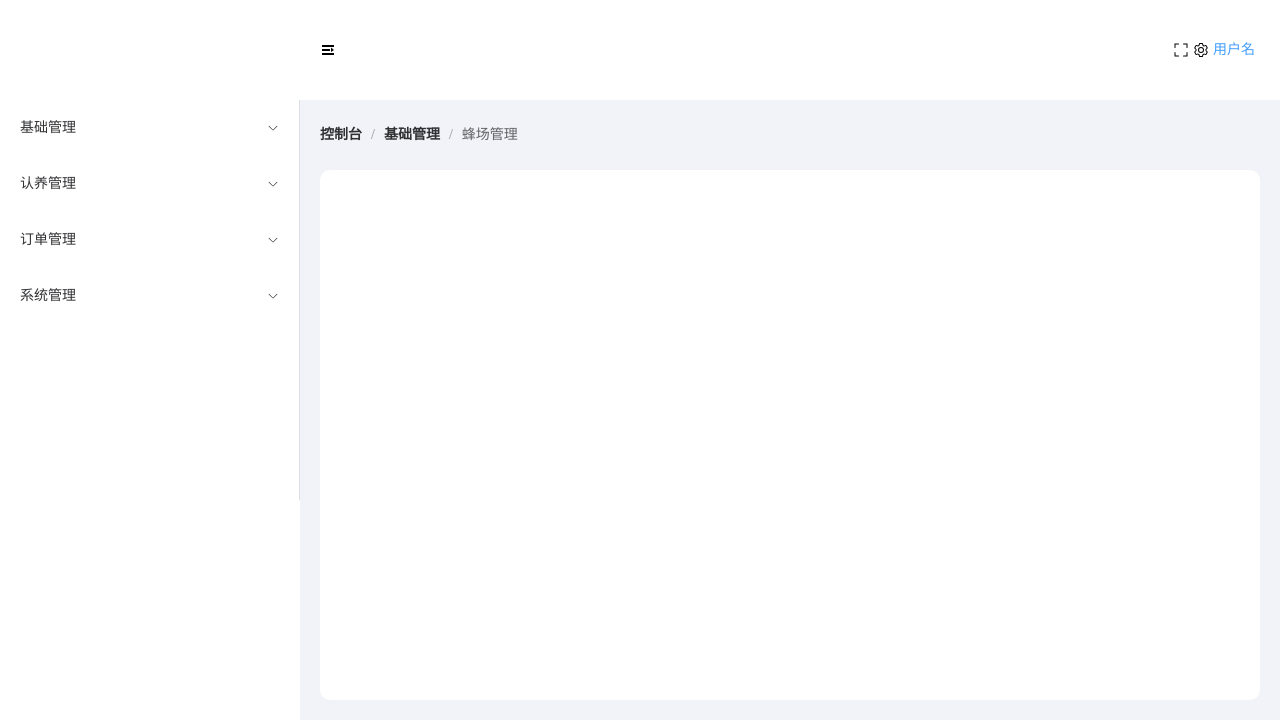
Repository: secret47/test-office-demo
Page: /dashboard
The author's editor kept a copy of each file at every save. The page is drawn from the files as they stood at one save, then again after the next save.
The browser window is 1280 px wide. The pictures show the whole page.
The project was rebuilt for these pictures with package versions that can differ from the ones it lists, and the page was loaded fresh each time. Also part of the build but not shown: vite.config.js.

Above is the page before, as saved 2024-10-31 10:37:04.

### src/main.js
import { createApp } from 'vue'
import '@/style/main.scss'
import App from './App.vue'
import router from './router'

import lang from "./local"


import ElementPlus from "element-plus";
import 'element-plus/dist/index.css'
import * as ElementPlusIconsVue from '@element-plus/icons-vue'

const app = createApp(App);

for (const [key, component] of Object.entries(ElementPlusIconsVue)) {
    app.component(key, component)
}

app.use(lang)
app.use(ElementPlus)
app.use(router)
app.mount('#app')

### src/style/main.scss
* {
    padding: 0;
    margin: 0;
}

html,
body {
    width: 100%;
    height: 100%;
    background: #ffffff;
}

#app {
    width: 100%;
    height: 100%;
}

.main-container {
    width: 100%;
    height: 100%;
}

//顶部搜索
.searchBox {
    width: calc(95% - 30px);
    height: 70px;
    margin: 0 auto;
    padding: 15px;
    display: flex;
    flex-direction: column;
    justify-content: center;

    .new {
        width: 130px;
    }
    .item{
        width:350px;
    }
}

.list {
    width: 95%;
    height: calc(100% - 100px);
    margin: 0 auto;

    .tables {
        width: 100%;
        height: calc(100% - 50px);
    }

    .pages {
        width: 100%;
        height: 50px;
        display: flex;
        flex-direction: column;
        justify-content: center;

    }
}

### src/App.vue
<template>
  <!-- <div> -->
    <router-view />
  <!-- </div> -->
</template>

### src/router/index.js
import { createRouter, createWebHistory } from 'vue-router'
import layouts from "../layouts/index.vue"

const routes = [
    {
        path: '/login',
        name: 'Login',
        component: () => import('@/views/login.vue'),
    },
    // 其他路由...
    {
        path: "/dashboard",
        name: "Dashboard",
        component: layouts,
        meta: {
            title: "控制中心"
        },
        children: [
            {
                path: "basic",
                name: "Basic",
                meta: {
                    title: "基础管理"
                },
                component: () => import("@/views/dashboard/basic/index.vue"),
                children: [
                    {
                        path: "farm",
                        name: "farm",
                        meta: {
                            title: "蜂场管理"
                        },
                        component: () => import("@/views/dashboard/basic/farm/index.vue"),
                    }
                ]

            },
            {
                path: "adopt",
                name: "Adopt",
                meta: {
                    title: "认养管理"
                },
                component: () => import("@/views/dashboard/adopt/index.vue"),
                children: [
                    {
                        path: "price",
                        name: "Price",
                        meta: {
                            title: "价格管理"
                        },
                        component: () => import("@/views/dashboard/adopt/price/index.vue"),
                    }
                ]
            },
            {
                path:"order",
                name: "Order",
                meta:{
                    title: "订单管理"
                },
                component: () => import("@/views/dashboard/order/index.vue"),
                children:[
                    {
                        path: "list",
                        name: "OrderList",
                        meta: {
                            title: "订单列表"
                        },
                        component: () => import("@/views/dashboard/order/list/index.vue"),
                    }
                ]
            },
            {
                path: "user",
                name: "User",
                meta: {
                    title: "用户管理"
                },
                component: () => import("@/views/dashboard/user/index.vue"),
            },

        ]
    }
]

const router = createRouter({
    history: createWebHistory(),
    routes
})

export default router

### src/local/index.js
import { createI18n } from "vue-i18n";

import message from "./language"
const i18n = createI18n({
    locale: "zh",
    fallbackLocale: "zh",
    messages: message
})

export default i18n;

### src/layouts/index.vue
<template>
    <div class="layout">
        <el-container>
            <el-aside width="300px" class="side">
                <div class="logo"></div>
                <MenuComponent ref="menuRef"/>
            </el-aside>
            <el-container class="container">
                <el-header>
                    <HeaderComponent></HeaderComponent>
                </el-header>
                <el-main>
                    <div class="bread">
                        <el-breadcrumb separator="/">
                            <el-breadcrumb-item :to="{ path: '/' }">控制台</el-breadcrumb-item>
                            <el-breadcrumb-item><a href="/">基础管理</a></el-breadcrumb-item>
                            <el-breadcrumb-item>蜂场管理</el-breadcrumb-item>
                        </el-breadcrumb>
                    </div>
                    <div class="main">
                        <router-view></router-view>
                    </div>
                </el-main>
            </el-container>
        </el-container>
    </div>
</template>

<script setup>
import MenuComponent from "./components/menu.vue"
import HeaderComponent from "./components/header.vue"
import { ref } from 'vue';
const isCollapse = ref(false);

const menuRef = ref(null);
const toggleCollapse = () => {
    isCollapse.value = !isCollapse.value;
};
</script>

<style lang="scss" scoped>
.layout {
    width: 100%;
    height: 100%;

    .el-container {
        width: 100%;
        height: 100%;
    }

    .side {
        height: 100%;

        .logo {
            width: 100%;
            height: 100px;
        }
    }

    .container {
        width: calc(100% - 300px);
        height: 100%;

        .el-header {
            width: 100%;
            height: 100px;
            background: #ffffff;
        }

        .el-main {
            background: #F2F3F8;
            padding-top: 0;
            .bread {
                width: 100%;
                height: 70px;
                display: flex;
                flex-direction: column;
                justify-content: center;
            }

            .main {
                width: 100%;
                height: calc(100% - 70px);
                background: #ffffff;
                border-radius: 10px;
            }
        }
    }
}
</style>

### src/local/language/index.js
import zh from "./zh"
import en from "./en"

export default {
    ...en,
    ...zh
}

### src/layouts/components/menu.vue
<template>
    <el-menu class="menu">
        <el-sub-menu index="1" :collapse="isCollapse">
            <template #title>基础管理</template>
            <el-menu-item index="1-1">蜂场管理</el-menu-item>
            <el-menu-item index="1-2">蜂箱管理</el-menu-item>
        </el-sub-menu>
        <el-sub-menu index="2">
            <template #title>认养管理</template>
            <el-menu-item index="2-1">认养设置</el-menu-item>
        </el-sub-menu>
        <el-sub-menu index="3">
            <template #title>订单管理</template>
            <el-menu-item index="3-1">订单列表</el-menu-item>
        </el-sub-menu>
        <el-sub-menu index="4">
            <template #title>系统管理</template>
            <el-menu-item index="2-1">素材管理</el-menu-item>
        </el-sub-menu>
    </el-menu>
</template>

<script setup>
import { ref } from 'vue';
const isCollapse = ref(false);
</script>

<style lang="scss" scoped>
.menu:not(.el-menu--collapse) {
    width: 300px;
    min-height: 400px;
}
</style>

### src/layouts/components/header.vue
<template>
    <div class="header">
        <div class="collapseIcon">
            <el-icon style="cursor: pointer;" @click="toggleMenu">
                <Expand />
            </el-icon>
        </div>
        <div class="user">
            <el-icon>
                <FullScreen />
            </el-icon>
            &nbsp;
            <el-icon>
                <Setting />
            </el-icon>
            &nbsp;
            <el-dropdown trigger="click" @command="handleCommand">
                <span class="el-dropdown-link">
                    <i class="el-icon-user"></i>
                    {{ username }}
                    <i class="el-icon-arrow-down el-icon--right"></i>
                </span>
                <template #dropdown>
                    <el-dropdown-menu>
                        <el-dropdown-item command="userCenter">个人中心</el-dropdown-item>
                        <el-dropdown-item command="logout">退出登录</el-dropdown-item>
                    </el-dropdown-menu>
                </template>
            </el-dropdown>

        </div>
    </div>
</template>

<script setup>
import { ref } from 'vue';
import { ElMessage } from 'element-plus';
import menu from "./menu.vue"


const username = ref('用户名'); // 这里应该从后端获取真实的用户名


const isMenuExpanded = ref(true);


const menuRef = ref(null)
const toggleMenu = () => {
    // isMenuExpanded.value = !isMenuExpanded.value;
    console.log(menuRef,"?")
    if(menuRef.value){
        menuRef.value.toggleCollapse();
    }
};

const handleCommand = (command) => {
    if (command === 'logout') {
        // 执行退出操作
        ElMessage.success('退出成功');
        // 这里可以添加跳转到登录页面的逻辑
    } else if (command === 'userCenter') {
        // 跳转到个人中心页面
        ElMessage.info('跳转到个人中心');
        // 这里可以添加跳转逻辑
    }
};
</script>

<style lang="scss" scoped>
.header {
    display: flex;
}

.el-dropdown-link {
    cursor: pointer;
    color: #409EFF;
}


.collapseIcon {
    width: 100px;
    height: 100px;
    display: flex;
    // justify-content: center;
    /* 水平居中 */
    align-items: center;
    /* 垂直居中 */
}

.user {
    margin-left: auto;
    display: flex;
    /* 水平居中 */
    align-items: center;
}
</style>

### src/local/language/zh.js
export default{
    zh:{
        title:"后台管理系统",
        login:"登录",
        username:"用户名",
        password:"密码",
        remember:"记住密码",
        forget:"忘记密码",
        save:"保存",
        confirm:"确定",
        cancel:"取消",
        delete:"删除",
        show:"查看",
        open:"打开",
        usernameRull:"请输入用户名",
        passwordRull:"请输入密码"
    }
}

### src/local/language/en.js
export default {
    en: {
        title: "system management",
        usernameRull: "Please enter your username",
        passwordRull: "Please enter your password"
    }
}

Loaded but not shown: index.html (common file)

After the next save:
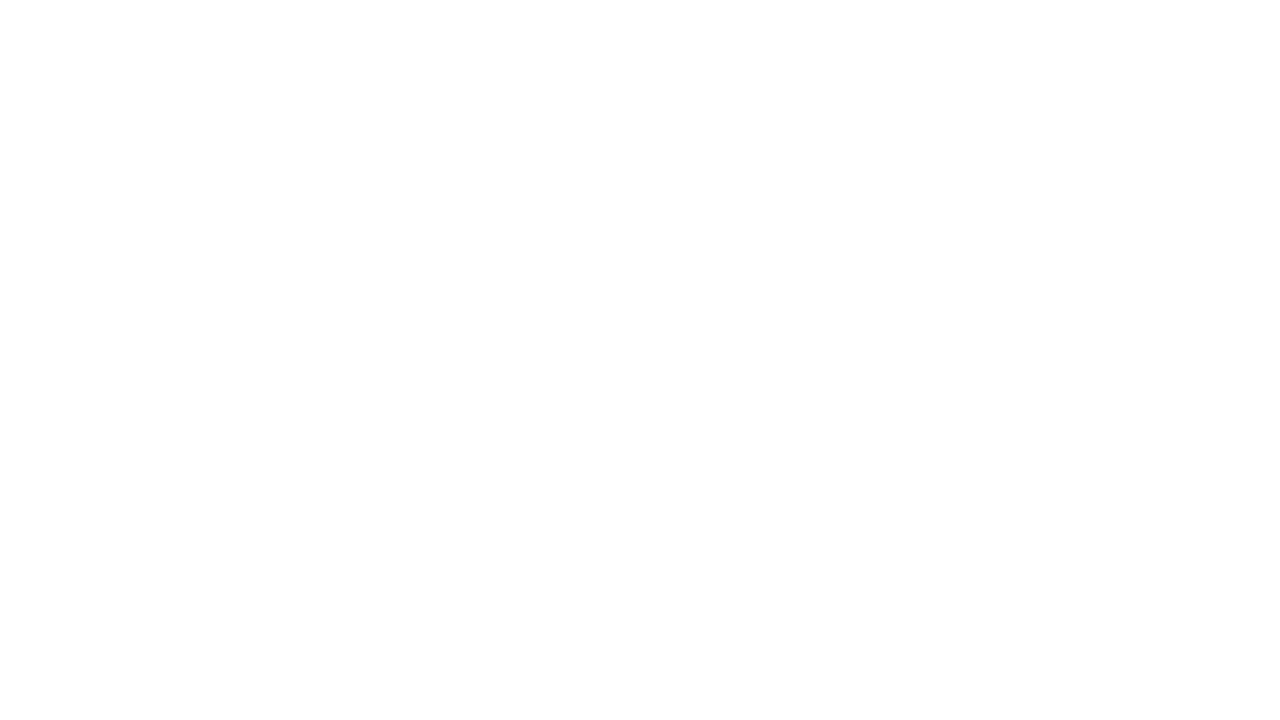
Console error: ReferenceError: defineProps is not defined
Saved 24 min 50 s later.
--- a/src/layouts/components/header.vue
+++ b/src/layouts/components/header.vue
@@ -43,11 +43,15 @@
 
 const isMenuExpanded = ref(true);
 
-
-const menuRef = ref(null)
+const menuRef = defineProps({
+      menuRef: {
+        type: Object,
+        required: true
+      }
+    }).menuRef;
 const toggleMenu = () => {
     // isMenuExpanded.value = !isMenuExpanded.value;
-    console.log(menuRef,"?")
+    console.log(menuRef,"? ")
     if(menuRef.value){
         menuRef.value.toggleCollapse();
     }

After the 4 saves that followed:
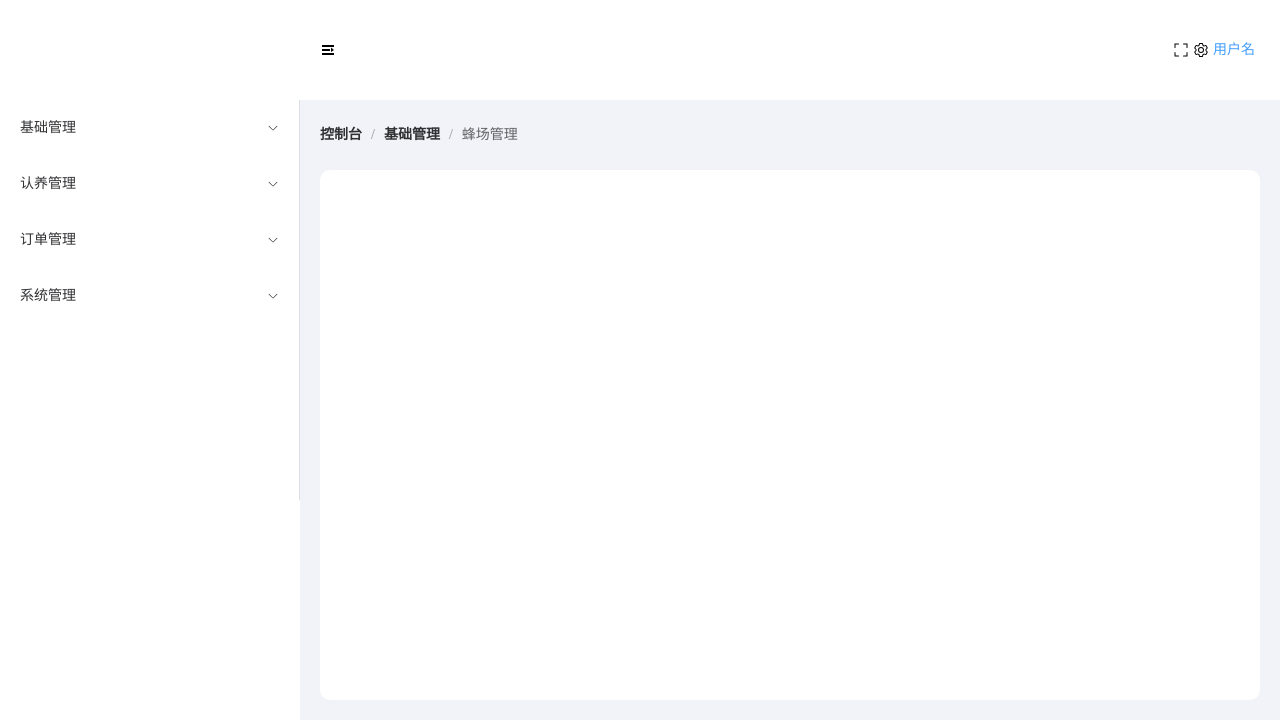
The error is gone.
The 4 saves are shown as one change because 2 left the picture as it was and some came seconds apart.
The last was saved 12 min 24 s later.
--- a/src/layouts/components/header.vue
+++ b/src/layouts/components/header.vue
@@ -43,15 +43,8 @@
 
 const isMenuExpanded = ref(true);
 
-const menuRef = defineProps({
-      menuRef: {
-        type: Object,
-        required: true
-      }
-    }).menuRef;
 const toggleMenu = () => {
-    // isMenuExpanded.value = !isMenuExpanded.value;
-    console.log(menuRef,"? ")
+
     if(menuRef.value){
         menuRef.value.toggleCollapse();
     }
